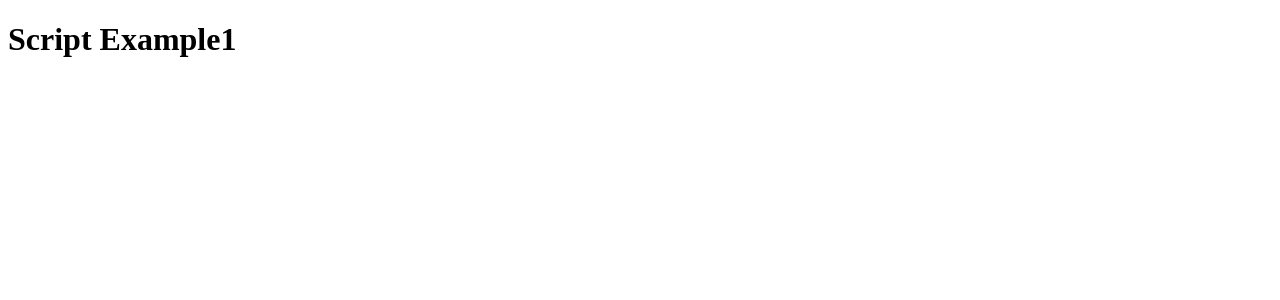
Repository: wpans2619/JSP
Page: http://localhost/JSP01/JSP01.jsp
An editor plug-in stored every save of this project. The page is shown before and after the next save, followed by the edit.
The browser window is 1280 px wide. The pictures show the whole page.
The page is served by Tomcat 9.

Above is the page before, as saved 2021-10-27 07:21:15.

After the next save:
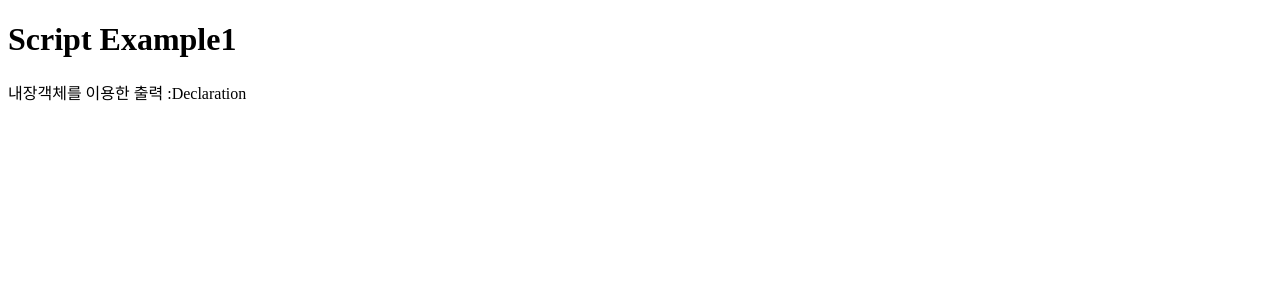
Saved 48 s later.
--- a/JSP01/src/main/webapp/JSP01.jsp
+++ b/JSP01/src/main/webapp/JSP01.jsp
@@ -19,6 +19,8 @@
 	<%
 		String scriptlet = "Scriptlet";
 		String comment = "Comment";
+
+		out.println("내장객체를 이용한 출력 :"+declaration+"</p>");
 	%>
 </body>
 </html>
